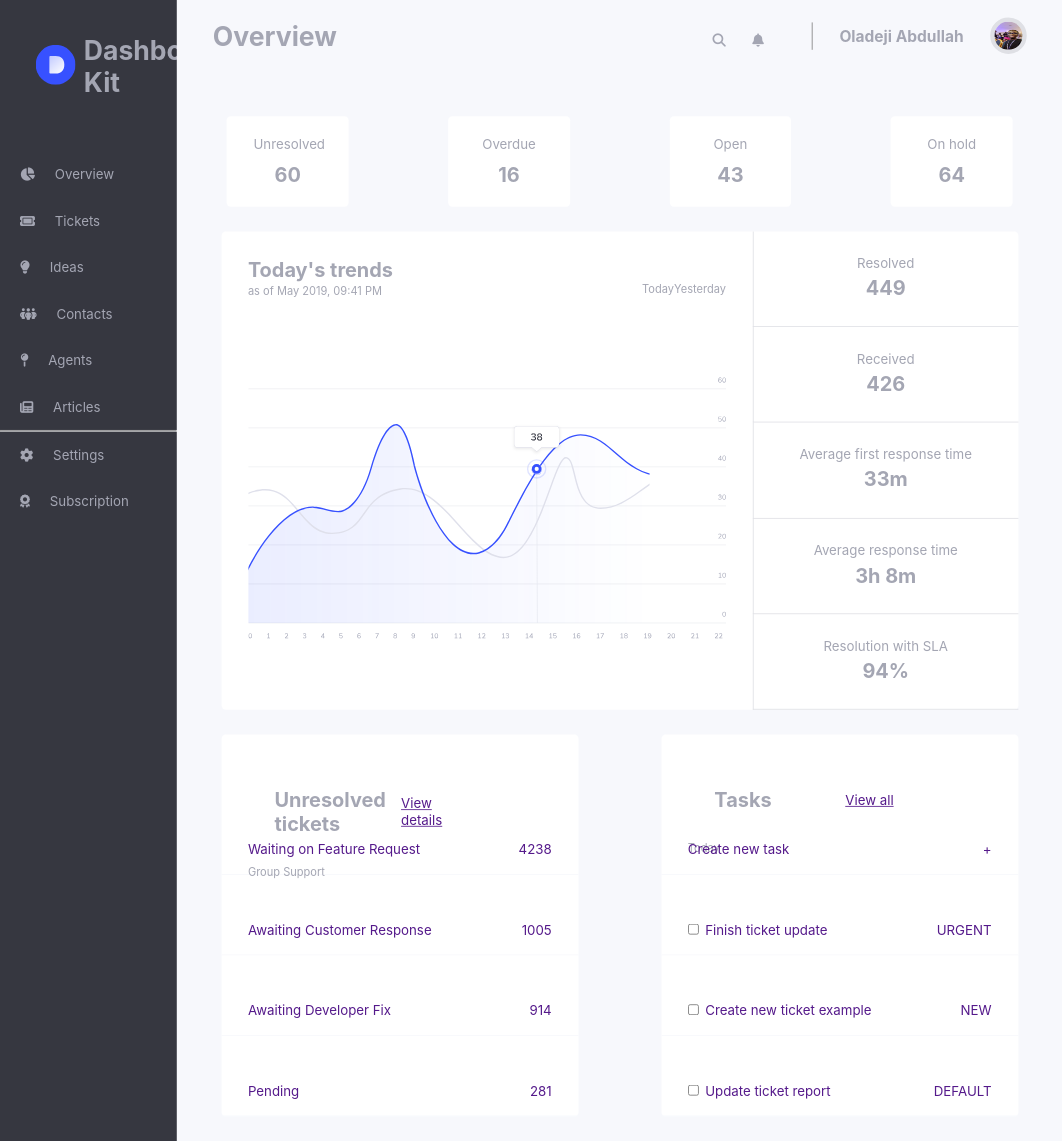
Repository: BuduCE/dashboard
Page: /
These files come from the project's save history. The page is drawn as it stood at one moment and after the next save; the edit follows.
The browser window is 1280 px wide. The pictures show the whole page, at 83% of full size.
Some web libraries are served in a nearby version. The project was rebuilt for these pictures with package versions that can differ from the ones it lists, and the page was loaded fresh each time. Also part of the build but not shown: src/pages/Tickets/index.jsx.

Above is the page before, as saved 2022-08-05 23:50:19.

### public/index.html
<!DOCTYPE html>
<html lang="en">
  <head>
    <meta charset="utf-8" />
    <link rel="icon" href="%PUBLIC_URL%/favicon.ico" />
    <meta name="viewport" content="width=device-width, initial-scale=1" />
    <meta name="theme-color" content="#000000" />
    <meta
      name="description"
      content="Web site created using create-react-app"
    />
    <link rel="apple-touch-icon" href="%PUBLIC_URL%/logo192.png" />
    <!--
      manifest.json provides metadata used when your web app is installed on a
      user's mobile device or desktop. See https://developers.google.com/web/fundamentals/web-app-manifest/
    -->
    <link rel="manifest" href="%PUBLIC_URL%/manifest.json" />
    <!--
      Notice the use of %PUBLIC_URL% in the tags above.
      It will be replaced with the URL of the `public` folder during the build.
      Only files inside the `public` folder can be referenced from the HTML.

      Unlike "/favicon.ico" or "favicon.ico", "%PUBLIC_URL%/favicon.ico" will
      work correctly both with client-side routing and a non-root public URL.
      Learn how to configure a non-root public URL by running `npm run build`.
    -->

    <!-- Font-Awesome  -->
    <link
      rel="stylesheet" href="https://cdnjs.cloudflare.com/ajax/libs/font-awesome/6.1.1/css/all.min.css" integrity="sha512-KfkfwYDsLkIlwQp6LFnl8zNdLGxu9YAA1QvwINks4PhcElQSvqcyVLLD9aMhXd13uQjoXtEKNosOWaZqXgel0g==" crossorigin="anonymous" referrerpolicy="no-referrer"
    />
    <title>Admin Dashboard</title>
  </head>
  <body>
    <noscript>You need to enable JavaScript to run this app.</noscript>
    <div id="root"></div>
    <!--
      This HTML file is a template.
      If you open it directly in the browser, you will see an empty page.

      You can add webfonts, meta tags, or analytics to this file.
      The build step will place the bundled scripts into the <body> tag.

      To begin the development, run `npm start` or `yarn start`.
      To create a production bundle, use `npm run build` or `yarn build`.
    -->
  </body>
</html>

### src/index.css
* {
  margin: 0;
  padding: 0;
  box-sizing: border-box;
}
body {
  margin: 0;
  font-family: -apple-system, BlinkMacSystemFont, 'Segoe UI', 'Roboto', 'Oxygen',
    'Ubuntu', 'Cantarell', 'Fira Sans', 'Droid Sans', 'Helvetica Neue',
    sans-serif;
  -webkit-font-smoothing: antialiased;
  -moz-osx-font-smoothing: grayscale;
  background: rgba(54, 55, 64, 1);
}

code {
  font-family: source-code-pro, Menlo, Monaco, Consolas, 'Courier New',
    monospace;
}

### src/App.js
import './App.css';
// import Overview from './pages/Overview';
// import Header from './components/common/Header';
import Sidenav from './components/common/SideNav';
// import Login from './pages/Login';

function App() {
  return (
    <div className="App">
      <Sidenav />
      {/* <Login /> */}
    </div>
  );
}

export default App;

### src/components/common/SideNav/index.jsx
import React from 'react'
import Overview from '../../../pages/Overview'
import Tickets from '../../../pages/Tickets'
import Header from '../Header'
import Logo from '../Logo'
import './styles.css'

const Sidenav = () => {
  return (
    <div className='dashboard'>
        <div className="navbar">
            <div className="logo">
                <Logo />
                <h1>Dashboard Kit</h1>
            </div>
            <div className="heading">
                <i className='fas fa-chart-pie'></i>
                <p>Overview</p>
            </div>
            <div className="heading">
                <i className='fas fa-ticket'></i>
                <p>Tickets</p>
            </div>
            <div className="heading">
                <i className='fas fa-lightbulb'></i>
                <p>Ideas</p>
            </div>
            <div className="heading">
                <i className='fas fa-people-group'></i>
                <p>Contacts</p>
            </div>
            <div className="heading">
                <i className='fas fa-map-pin'></i>
                <p>Agents</p>
            </div>
            <div className="heading">
                <i className='fas fa-newspaper'></i>
                <p>Articles</p>
            </div>
            <hr />
            <div className="heading">
                <i className='fas fa-gear'></i>
                <p>Settings</p>
            </div>
            <div className="heading">
                <i className='fas fa-award'></i>
                <p>Subscription</p>
            </div>

        </div>
        <div className="info">
            {/* <Header /> */}
            <Overview />
            {/* <Tickets /> */}
        </div>
    </div>
  )
}

export default Sidenav

### src/pages/Overview/index.jsx
import React from 'react'
import './styles.css'
import TrendMap from './graph.svg'
import Header from '../../components/common/Header'

const Overview = () => {
  return (
    <>
        <Header />
        <div className='overview_pg'>
            {/* Specific status */}
            <div className="overview_stat">
                <div className="overview_info">
                    <p>Unresolved</p>
                    <h2>60</h2>
                </div>
                <div className="overview_info">
                    <p>Overdue</p>
                    <h2>16</h2>
                </div>
                <div className="overview_info">
                    <p>Open</p>
                    <h2>43</h2>
                </div>
                <div className="overview_info">
                    <p>On hold</p>
                    <h2>64</h2>
                </div>
            </div>

            {/* Today's trend */}
            <div className="trends">
                <div className="trends_head">
                    <div className="trends_headT">
                        <div className="trend_title">
                            <h2>Today's trends</h2>
                        </div>
                        <div className="trend_title_stat">
                            <div className="trend_date">
                                <small>as of May 2019, 09:41 PM</small>
                            </div>
                            <div className="trend_day">
                                <small>Today</small>
                                <small>Yesterday</small>
                            </div>
                        </div>
                    </div>

                    <div className="trends_headB">
                        <img src={TrendMap} alt="Trend Chart" />
                    </div>
                </div>

                <div className="trends_summary">
                    <div className="summary_type">
                        <p>Resolved</p>
                        <h2>449</h2>
                    </div>
                    <div className="summary_type">
                        <p>Received</p>
                        <h2>426</h2>
                    </div>
                    <div className="summary_type">
                        <p>Average first response time</p>
                        <h2>33m</h2>
                    </div>
                    <div className="summary_type">
                        <p>Average response time</p>
                        <h2>3h 8m</h2>
                    </div>
                    <div className="summary_type">
                        <p>Resolution with SLA</p>
                        <h2>94%</h2>
                    </div>
                </div>
            </div>

            <div className="ticket_n_task">
                <div className="ticket">
                    <div className="ticket_head">
                        <div className="ticket_title">
                            <h2>Unresolved tickets</h2>
                            <a href="">View details</a>
                        </div>
                        <small>Group Support</small>
                    </div>
                    <div className="ticket_list">
                        <a href="">
                            <p>Waiting on Feature Request</p>
                            <p>4238</p>
                        </a>
                        <a href="">
                            <p>Awaiting Customer Response</p>
                            <p>1005</p>
                        </a>
                        <a href="">
                            <p>Awaiting Developer Fix</p>
                            <p>914</p>
                        </a>
                        <a href="">
                            <p>Pending</p>
                            <p>281</p>
                        </a>
                    </div>
                </div>

                <div className="task">
                    <div className="ticket_head">
                        <div className="ticket_title">
                            <h2>Tasks</h2>
                            <a href="">View all</a>
                        </div>
                        <small>Today</small>
                    </div>

                    <div className="ticket_list">
                        <a href="">
                            <p>Create new task</p>
                            <p>+</p>
                        </a>
                        <a href="">
                            <div className='task_todo'>
                                <input type="checkbox" name="" id="" />
                                <label htmlFor="">Finish ticket update</label>
                            </div>

                            <p>URGENT</p>
                        </a>
                        <a href="">
                            <div className='task_todo'>
                                <input type="checkbox" name="" id="" />
                                <label htmlFor="">Create new ticket example</label>
                            </div>

                            <p>NEW</p>
                        </a>
                        <a href="">
                            <div className='task_todo'>
                                <input type="checkbox" name="" id="check" />
                                <label htmlFor="">Update ticket report</label>
                            </div>

                            <p>DEFAULT</p>
                        </a>
                    </div>
                </div>
            </div>
        </div>
    </>
  )
}

export default Overview

### src/components/common/Header/index.jsx
import React from 'react'
import './styles.css'
import budu from './budu.jpg'

const Header = () => {
  return (
    <div className='head_er'>
        <div className="headerL">
            <h1>Overview</h1>
        </div>
        <div className="headerR">
            <i className='fas fa-magnifying-glass icon'></i>
            <i className='fas fa-bell icon bell'></i>
            <h3>Oladeji Abdullah</h3>
            <img src={budu} alt="" />
        </div>
    </div>
  )
}

export default Header

### src/components/common/Logo/index.jsx
import React from 'react'
import companyLogo from './logo.svg'

const Logo = () => {
  return (
    <div>
        <img src={companyLogo} alt="" />
    </div>
  )
}

export default Logo

### src/components/common/SideNav/styles.css
.dashboard{
    display: grid;
    grid-template-columns: 1fr 5fr;
    color: #A4A6B3;
}
.navbar{
    padding: 41px 0;
}
.logo{
    display: flex;
    padding: 43px 43px;
    padding-bottom: 63px;
    padding-top: 0;
    align-items: center;
}
.logo h1{
    margin-left: 10px;
    width: 0.5rem;
}
.heading{
    width: 100%;
    display: flex;
    padding: 18px 24px;
    align-items: center;
}
.heading p{
    margin-left: 24px;
}
.heading:hover{
    border-left: 1px solid #fff;
    color: #fff;
}
.info{
    background: #F7F8FC;
    /* height: 100vh; */
}

### src/pages/Overview/styles.css
.overview_pg{
    margin-top: 54px;
}
.overview_stat{
    display: grid;
    grid-template-columns: 1fr 1fr 1fr 1fr;
    /* justify-content: space-evenly; */
    width: 100%;
}
.overview_info{
    display: flex;
    flex-direction: column;
    text-align: center;
    /* border: 1px solid; */
    border-radius: 5px;
    padding: 24px 32px;
    background: #fff;
    box-shadow: 15px;
    width: 55%;
    margin: auto;
}
.overview_info:hover{
    color: blue;
    border: 1px blue solid;
}
.overview_info p{
    padding-bottom: 12px;
}

/* trend  */
.trends{
    width: 90%;
    background: #fff;
    margin: auto;
    border-radius: 5px;
    height: 80vh;
    margin-top: 30px;
    display: grid;
    grid-template-columns: 2fr 1fr;
    margin-top: 30px;
}
.trends_head{
    padding: 32px;
}
.trend_title_stat{
    display: flex;
    justify-content: space-between;
}
.trend_day{
    display: flex;
    justify-content: space-evenly;
}
.trends_headB img{
    width: 100%;
    margin-top: 54px;
    height: 55vh;
}

/* summary  */
.trends_summary{
    display: grid;
    grid-template-rows: 1fr 1fr 1fr 1fr 1fr;
}
.summary_type{
    padding: 28px;
    border-left: 1px solid #dfe0e5;
    border-bottom: 1px solid #dfe0e5;
    text-align: center;
}
.summary_type p{
    margin-bottom: 6px;
}

/* Tickets */
.ticket_n_task{
    display: grid;
    grid-template-columns: 1fr 1fr;
    width: 90%;
    margin: auto;
    margin-top: 30px;
    margin-bottom: 30px;
}
.ticket{
    margin-right: 50px;
}
.task{
    margin-left: 50px;
}
.ticket,.task{
    border-radius: 5px;
    background: #fff;
}
.ticket_head{
    padding: 32px;
    margin-bottom: 8px;
    width: 80%;
    height: 10vh;
}
.ticket_title{
    display: flex;
    justify-content: space-between;
    align-items: center;
}
.ticket_list a{
    text-decoration: none;
    display: flex;
    justify-content: space-between;
    align-items: center;
    padding: 20px 32px;
    border-bottom: 1px solid #F7F8FC;
    margin-top: 36px;
    align-items: center;
}
.task_todo{
    align-items: center;
}
.task_todo label{
    margin-left: 8px;
}

### src/pages/Tickets/styles.css
.ticket_pg{
    background: #fff;
    border-radius: 5px;
    height: 96vh;
    width: 95%;
    margin: auto;
    margin-top: 54px;
}
.ticket_title{
    display: flex;
    justify-content: space-between;
    padding: 32px;
}
.titleR, .titleR_icon{
    display: flex;
    justify-content: space-between;
    align-items: center;
    margin-left: 32px;
}
.titleR_icon p{
    margin-left: 8px;
}
/* .tab_head{
    display: grid;
    grid-template-columns: 3fr 2fr 2fr 1fr;
    margin: auto;
    padding: 0 77px 12px 31px;
    border-bottom: 1px solid #dfe0e5;
} */
.tab_info{
    display: grid;
    grid-template-columns: 3fr 2fr 2fr 1fr;
    margin: auto;
    padding: 24px 31px;
    border-bottom: 1px solid #dfe0e5;
}
.tab_info:hover{
    background: #F7F8FC;
}
.info_title{
    display: grid;
    grid-template-columns: 1fr 7fr;
}
.info_title img{
    width: 44px;
    height: 44px;
    border: 5px solid #dfe0e5;
    border-radius: 50%;
}
.ticket_tab{
    margin: auto;
}
.info_status{
    display: flex;
    /* grid-template-columns: 1fr 1fr; */
    justify-content: space-between;
    align-items: center;
}
.info_status button{
    padding: 5px 20px;
    border-radius: 40%;
    background: red;
    color: #fff;
    border: none;
}

### src/components/common/Header/styles.css
.head_er{
    display: flex;
    justify-content: space-between;
    width: 100%;
    height: 10vh;
    padding: 43px 43px;
    align-items: center;
}
.headerR{
    display: flex;
    justify-content: space-between;
    align-items: center;
}
.icon{
    width: 16px;
    height: 16px;
    padding: 5px 24px;
}
.bell{
    padding-right: 72px;
}
.headerR h3{
    padding: 5px 32px;
    border-left: 1px solid grey;
}
.headerR img{
    width: 44px;
    height: 44px;
    border-radius: 50%;
    border: 5px solid #dfe0e5;
}

Loaded but not shown: src/index.js (common file); src/reportWebVitals.js (common file); src/App.css (common file)

After the next save:
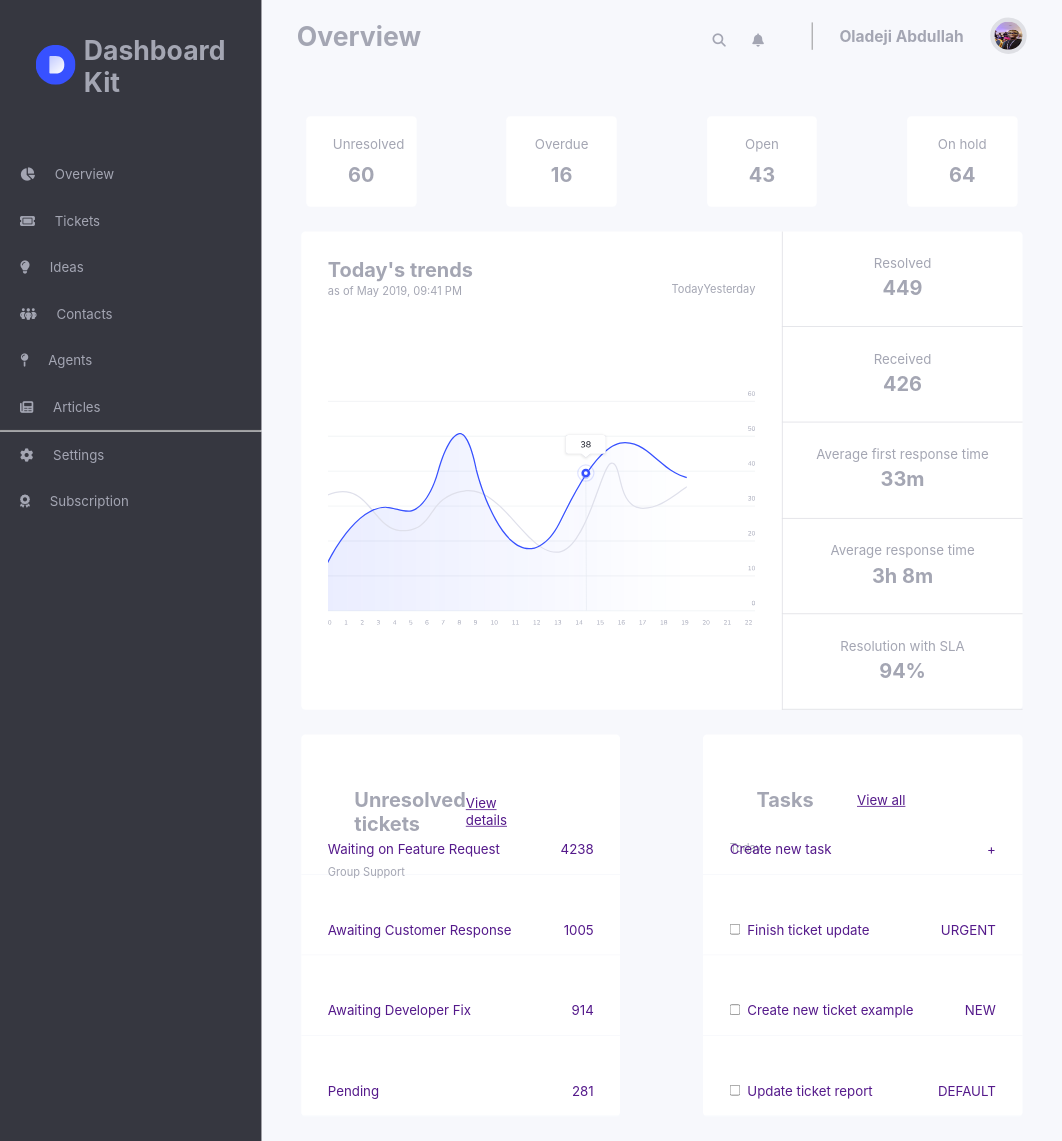
Saved 5 s later.
--- a/src/components/common/SideNav/styles.css
+++ b/src/components/common/SideNav/styles.css
@@ -15,7 +15,7 @@
 }
 .logo h1{
     margin-left: 10px;
-    width: 0.5rem;
+    width: 0\8.5rem;
 }
 .heading{
     width: 100%;
